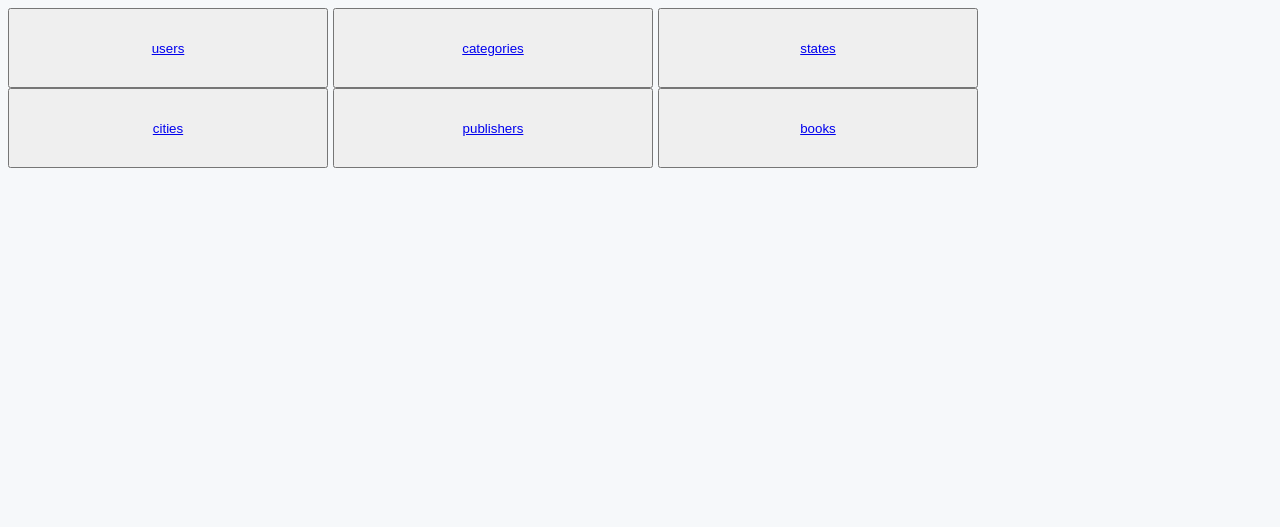
Repository: fontanive12/Biblioteca
Page: front/paginaInicial.html
The author's editor kept a copy of each file at every save. The page is drawn from the files as they stood at one save, then again after the next save.
The browser window is 1280 px wide. The pictures show the whole page.

Above is the page before, as saved 2022-09-05 17:12:48.

After the next save:
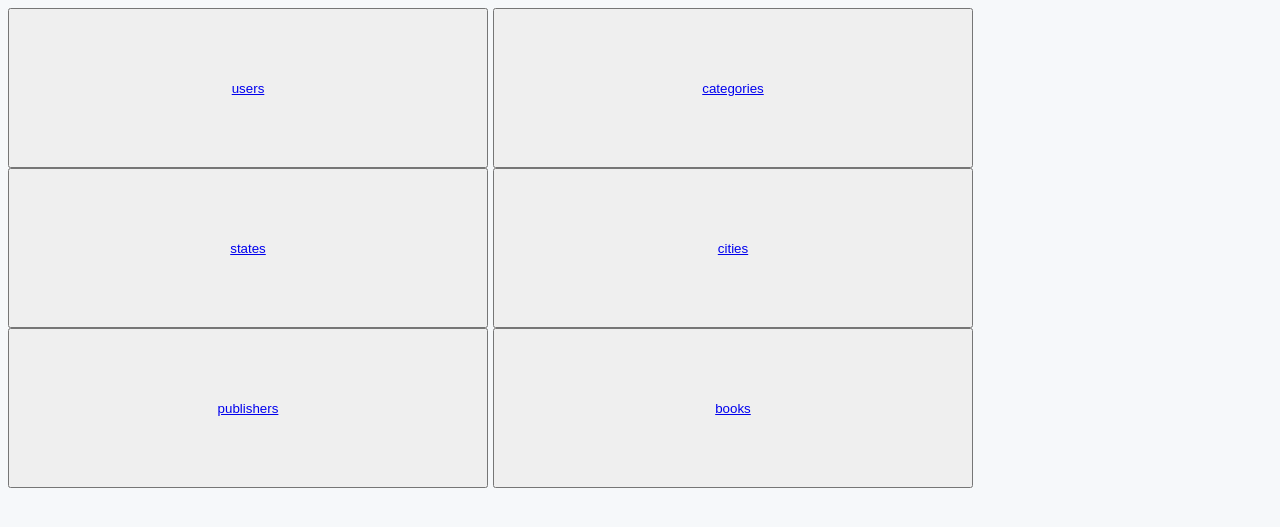
Saved 7 s later.
--- a/front/styles.css
+++ b/front/styles.css
@@ -17,6 +17,6 @@
 }
 
   .buttonMenu {
-    width: 20rem;
-    height: 5rem;
+    width: 30rem;
+    height: 10rem;
   }
